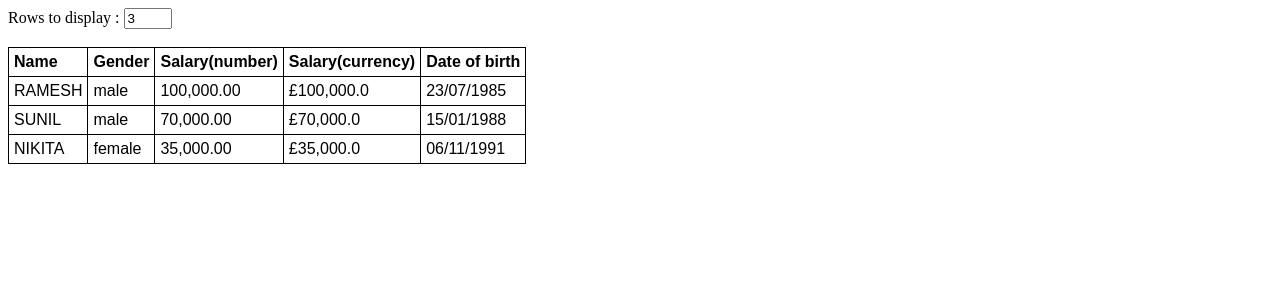
Repository: ammoreloaded/WebProjectFirst
Page: homework/WebProjectFirst/web/filterDemo.html
The author's editor kept a copy of each file at every save. The page is drawn from the files as they stood at one save, then again after the next save.
The browser window is 1280 px wide. The pictures show the whole page.

Above is the page before, as saved 2016-05-19 15:25:08.

After the next save:
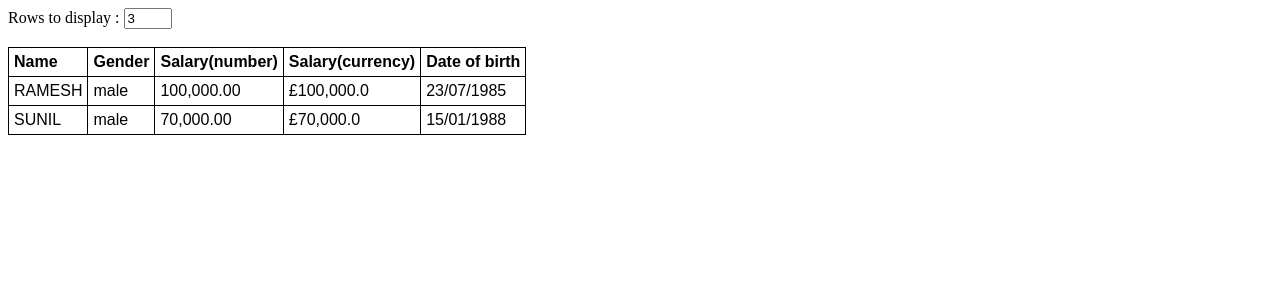
Saved 10 s later.
--- a/homework/WebProjectFirst/web/filterDemo.html
+++ b/homework/WebProjectFirst/web/filterDemo.html
@@ -19,7 +19,7 @@
 				</tr>
 			</thead>
 			<tbody>
-				<tr ng-repeat="employee in employees | limitTo:3:1 ">
+				<tr ng-repeat="employee in employees | limitTo:2:1 ">
 					<td>{{ employee.name | uppercase}}</td>
 					<td>{{ employee.gender | lowercase }}</td>
 					<td>{{ employee.salary | number : 2 }}</td>
